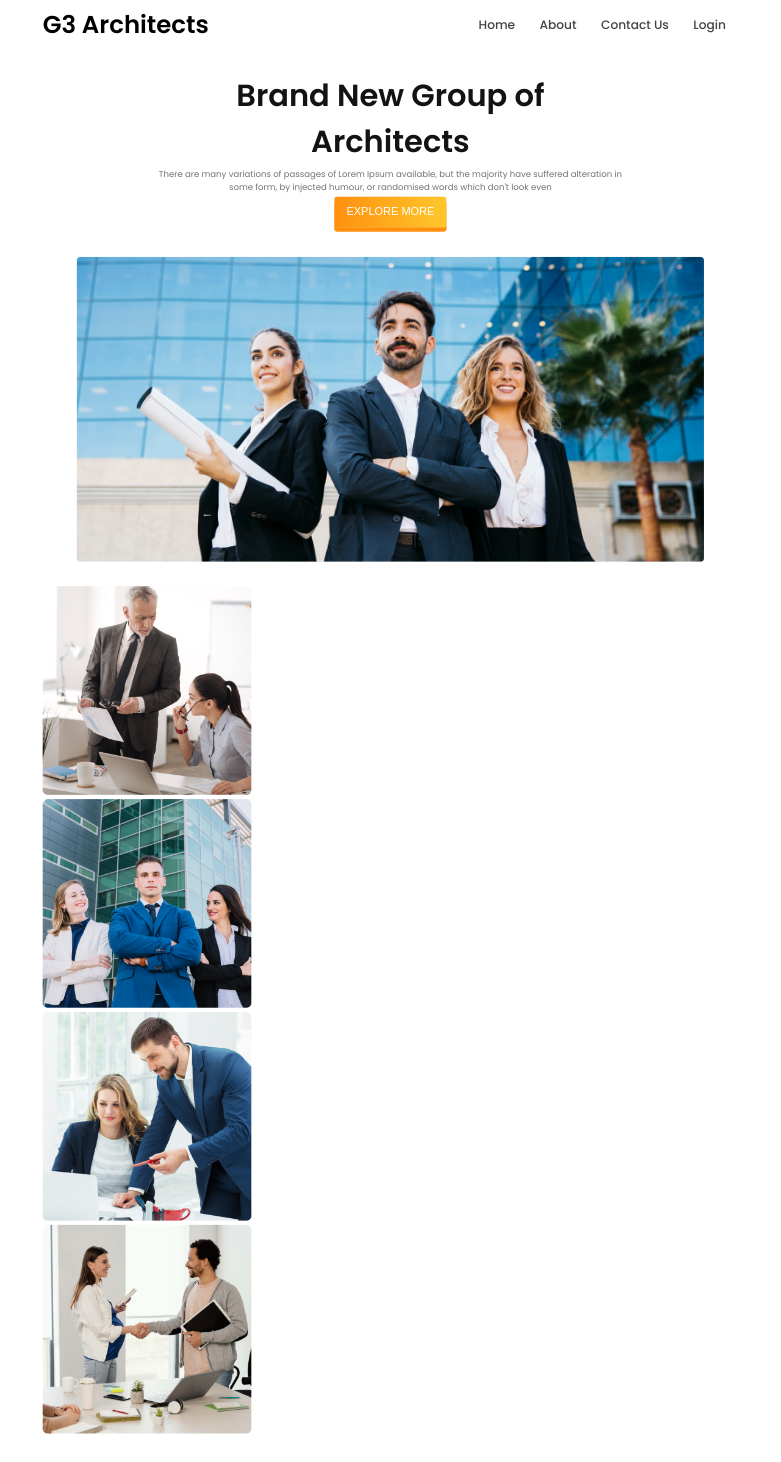
Repository: mdrubel02/G3_Architects
Page: index.html
These files come from the project's save history. The page is drawn as it stood at one moment and after the next save; the edit follows.
The browser window is 1280 px wide. The pictures show the whole page, at 61% of full size.

Above is the page before, as saved 2023-01-14 23:39:57.

After the next save:
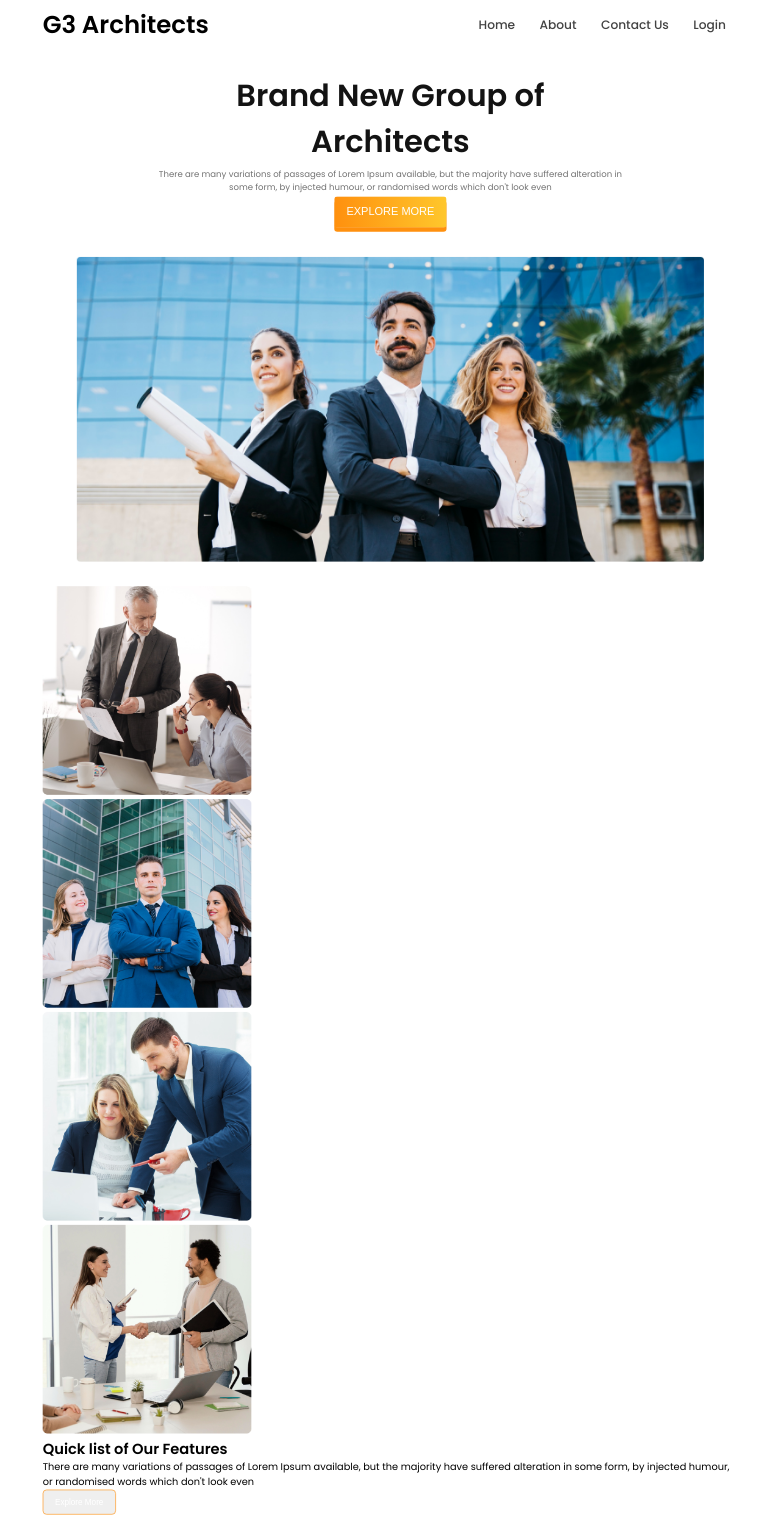
Saved 4 min 4 s later.
--- a/index.html
+++ b/index.html
@@ -56,7 +56,9 @@
                 </div>
             </div>
             <div class="features_right">
-
+                <h1><span>Quick list</span> <span>of Our</span> <span>Features</span></h1>
+                <p>There are many variations of passages of Lorem Ipsum available, but the majority have suffered alteration in some form, by injected humour, or randomised words which don't look even</p>
+                <button class="btn">Explore More</button>
             </div>
         </div>
     </section>
